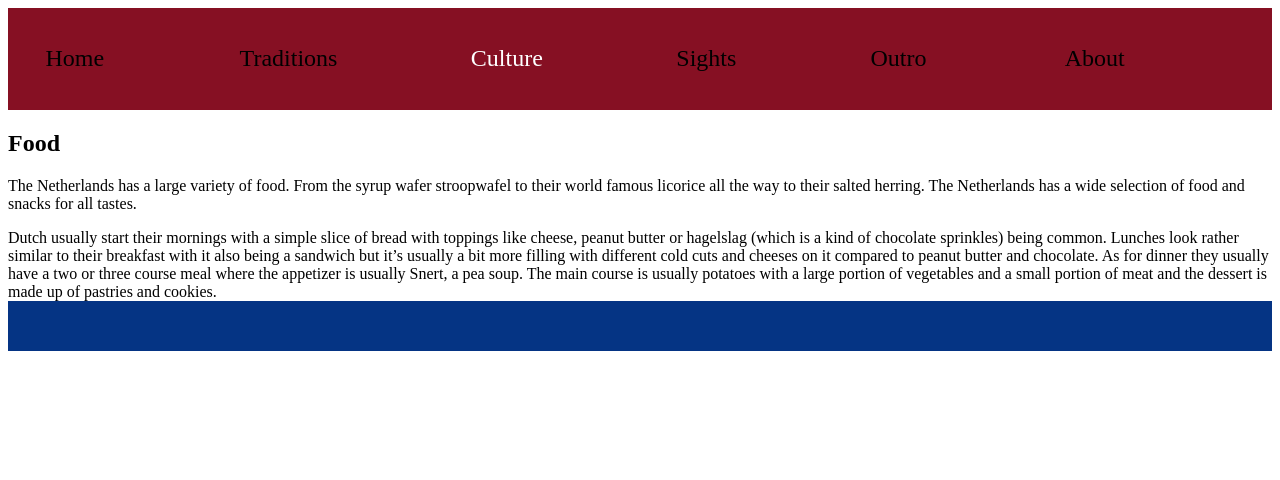
Repository: Cornman63/The-netherlands
Page: culture2.html
These files come from the project's save history. The page is drawn as it stood at one moment and after the next save; the edit follows.
The browser window is 1280 px wide. The pictures show the whole page.

Above is the page before, as saved 2023-05-26 11:16:22.

### culture2.html
<!DOCTYPE html>
<html lang="en">
<head>
    <meta charset="UTF-8">
    <meta http-equiv="X-UA-Compatible" content="IE=edge">
    <meta name="viewport" content="width=device-width, initial-scale=1.0">
    <title>Culture</title>
    <link rel="stylesheet" href="./style.css">
</head>
<body>
    <div class="top">
        <div class="site"><a href="index.html" class="link">Home</a></div>
        <div class="site"><a href="traditions.html" class="link">Traditions</a></div>
        <div class="site"><a href="culture2.html" style="color: white" class="link">Culture</a></div>
        <div class="site"><a href="sights.html" class="link">Sights</a></div>
        <div class="site"><a href="outro.html" class="link">Outro</a></div>
        <div class="site"><a href="about.html" class="link">About</a></div>
    </div>
    <div class="foodstart">
        <h2>
            Food
        </h2>
        <p>
            The Netherlands has a large variety of food. From the syrup wafer stroopwafel to their world famous licorice all the way to their salted herring. The Netherlands has a wide selection of food and snacks for all tastes.
        </p>
    </div>
    <div class="foodmain">
        <div class="food1">
            Dutch usually start their mornings with a simple slice of bread with toppings like cheese, peanut butter or hagelslag (which is a kind of chocolate sprinkles) being common. Lunches look rather similar to their breakfast with it also being a sandwich but it’s usually a bit more filling with different cold cuts and cheeses on it compared to peanut butter and chocolate. As for dinner they usually have a two or three course meal where the appetizer is usually Snert, a pea soup. The main course is usually potatoes with a large portion of vegetables and a small portion of meat and the dessert is made up of pastries and cookies.
        </div>
        <div class="sport1">

        </div>
        <div class="soceq1">

        </div>
    </div>
    <div class="bottom">

    </div>
</body>
</html>

### style.css
.top, .bottom {
    display: flex;
    flex-direction: row;
    justify-content: center;
    align-content:center;
    background-color:#861023;
    margin: auto;
    padding: 2%;
    font-size: 150%;
}
.bottom{
    background-color: #053484;
}

.site {
    display: flex;
    border: 1%;
    margin: 1%;
    margin-right: 10%;
    align-content: center;
    width: 90%;
}
.link{
    text-decoration: none;
}
.link:link {
    color:black;
}
.link:visited {
    color:black;
}
.link:hover {
    color:white;
}

#wafel, #hagel, #herring, #lico {
    width: 50%;
    height: 50%;
    display: flex;
    flex-direction: row;
}

.food {
    display: flex;
    flex-direction: row;
    width: 50%;
    flex-wrap: wrap;
    margin: auto;
    background-color:grey;
    padding: 1%;
    border-radius: 1%;
}
#foodh {
    margin: auto;
    font-size: large;
    align-content:center;
    justify-content: center;
    padding: 1%;
}

After the next save:
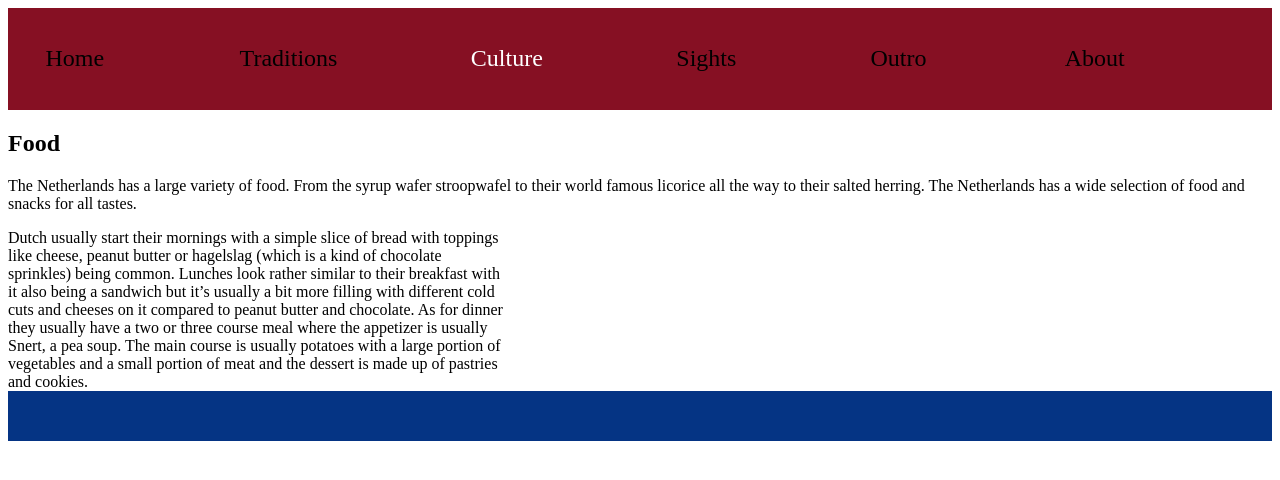
Saved 11 s later.
--- a/style.css
+++ b/style.css
@@ -57,3 +57,6 @@
     justify-content: center;
     padding: 1%;
 }
+.food1 {
+    max-width: 500px;
+}
